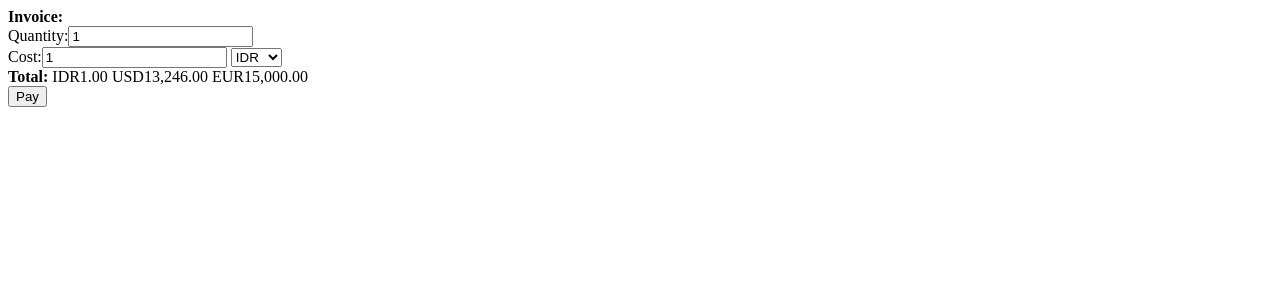
Repository: emriti/BO_SOA_Angular
Page: AngularClient/WebContent/Sampel.html
An editor plug-in stored every save of this project. The page is shown before and after the next save, followed by the edit.
The browser window is 1280 px wide. The pictures show the whole page.

Above is the page before, as saved 2016-08-30 05:35:10.

### AngularClient/WebContent/Sampel.html
<!DOCTYPE html>
<html>
<head>
<meta charset="ISO-8859-1">
<title>Insert title here</title>
<script type="text/javascript" src="scripts/angular.min.js"></script>
<script type="text/javascript" src="scripts/invoice1.js"></script>
</head>
<body>
	<div ng-app="invoice1" ng-controller="InvoiceController as invoice">
		<b>Invoice:</b>
		<div>
			Quantity:<input type="number" min="0" ng-model="invoice.qty">
		</div>
		<div>
			Cost:<input type="number" min="0" ng-model="invoice.cost">
			<select ng-model="invoice.inCurr">
				<option ng-repeat="c in invoice.currencies">{{c}}</option>
			</select>
		</div>
		<div>
			<b>Total:</b>
			<span ng-repeat="c in invoice.currencies">
				{{invoice.total(c) | currency:c}}
			</span>
		</div>
		<div>
			<button class="btn" ng-click="invoice.pay()">Pay</button>
		</div>
	</div>
</body>
</html>

### AngularClient/WebContent/scripts/invoice1.js
(function() {
	angular.module('invoice1', []).controller('InvoiceController',
			function InvoiceController() {
				this.qty = 1;
				this.cost = 1;
				this.inCurr = 'IDR';
				this.currencies = [ 'IDR', 'USD', 'EUR' ];
				this.idrToForeignRates = {
					IDR : 1,
					USD : 13246,
					EUR : 15000
				};

				this.total = function total(outCurr) {
					return this.convertCurrency(this.qty * this.cost, this.inCurr, outCurr);
				};

				this.convertCurrency = function convertCurrency(amount, inCurr, outCurr) {
					return amount * this.idrToForeignRates[outCurr] / this.idrToForeignRates[inCurr];
				};

				this.pay = function pay() {
					window.alert('Thanks!');
				};

			});
})();

Loaded but not shown: AngularClient/WebContent/scripts/angular.min.js (library)

After the next save:
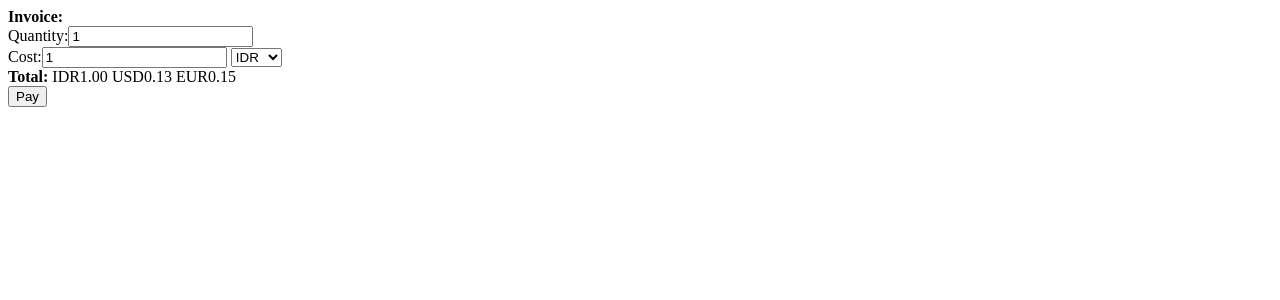
Saved 3 min 7 s later.
--- a/AngularClient/WebContent/scripts/invoice1.js
+++ b/AngularClient/WebContent/scripts/invoice1.js
@@ -7,8 +7,8 @@
 				this.currencies = [ 'IDR', 'USD', 'EUR' ];
 				this.idrToForeignRates = {
 					IDR : 1,
-					USD : 13246,
-					EUR : 15000
+					USD : 0.13246,
+					EUR : 0.15000
 				};
 
 				this.total = function total(outCurr) {
